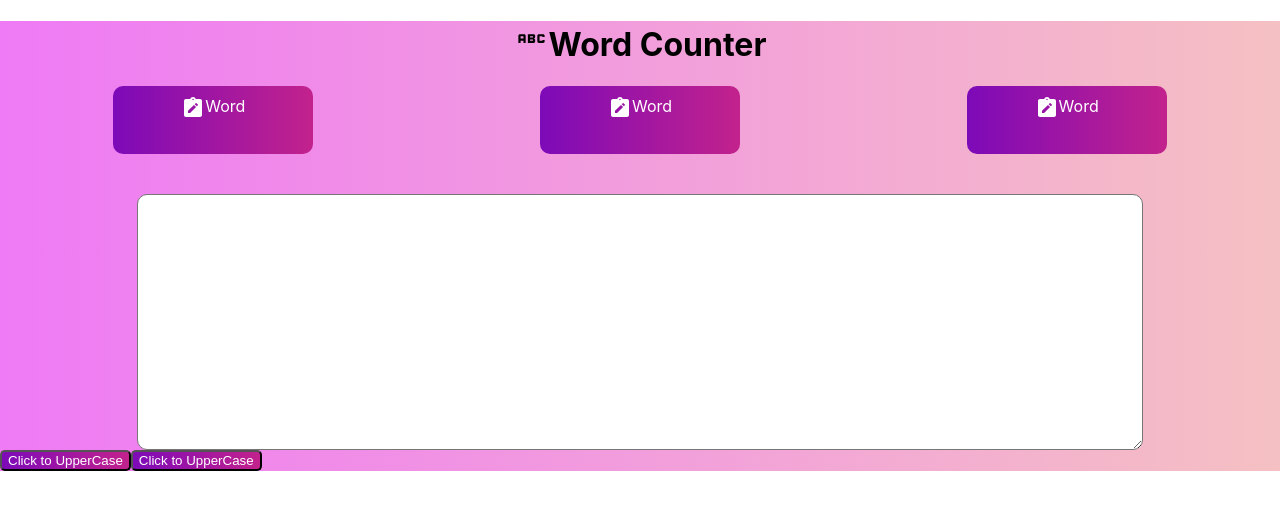
Repository: 123cuongcao/nopbai-basic
Page: /
The author's editor kept a copy of each file at every save. The page is drawn from the files as they stood at one save, then again after a run of saves.
The browser window is 1280 px wide. The pictures show the whole page.
The project was rebuilt for these pictures with package versions that can differ from the ones it lists, and the page was loaded fresh each time.

Above is the page before, as saved 2023-08-15 11:47:35.

After the next 3 saves:
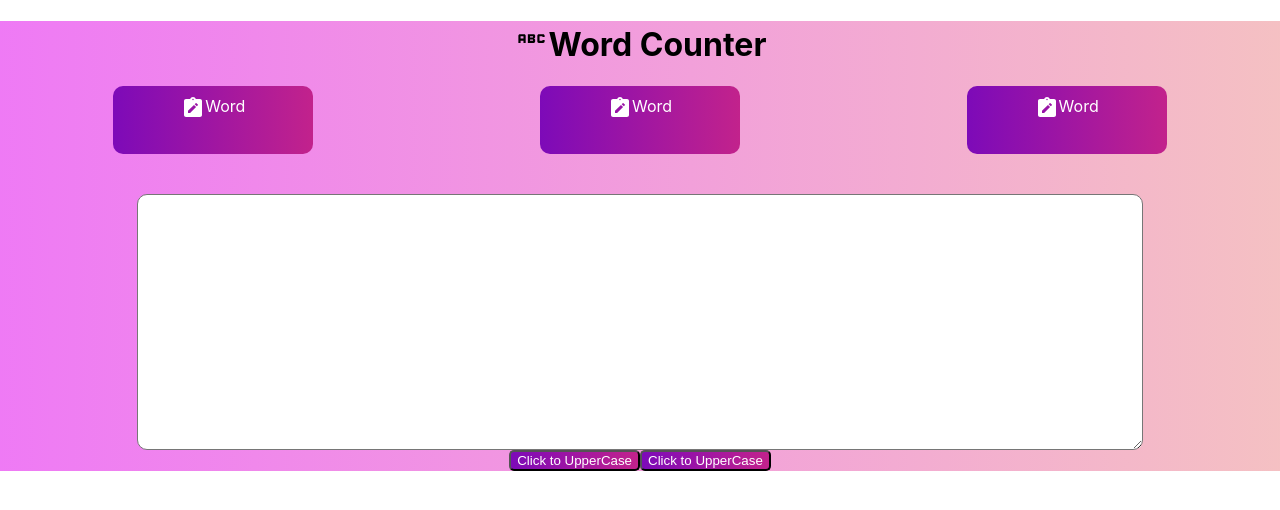
The 3 saves are shown as one change because 1 did not build or start and some came seconds apart.
The last was saved 15 s later.
--- a/src/components/index.jsx
+++ b/src/components/index.jsx
@@ -22,7 +22,7 @@ export default function Index() {
             <Textarea/>
       </div>
 
-      <div style={{display:'flex'}}>
+      <div style={{display:'flex',justifyContent:'center'}}>
             <button style={{background:'linear-gradient(to right,#7D0AB8,#C2228C',color:'#fff',borderRadius:'5px'}} >Click to UpperCase</button>
             <button style={{background:'linear-gradient(to right,#7D0AB8,#C2228C',color:'#fff',borderRadius:'5px'}} >Click to UpperCase</button>
 
